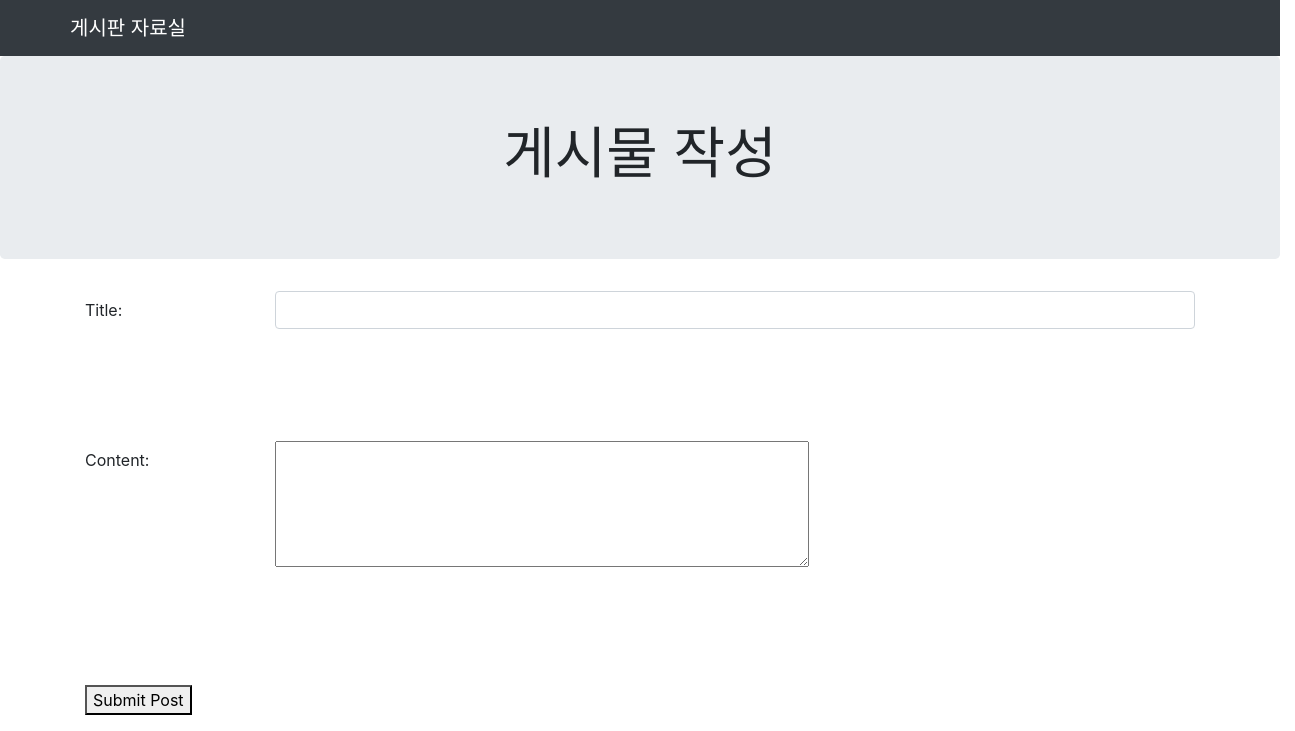
Repository: LeeKukJu/JSP-Study
Page: http://localhost/JSPBook/ch11/totaltest/boardInsert.jsp
The author's editor kept a copy of each file at every save. The page is drawn from the files as they stood at one save, then again after the next save.
The browser window is 1280 px wide. The page is 1280 px wide, then 1295 px, then 1280 px, so the pictures cover 1295 px, including what lies to the right of the window. The pictures show the whole page.
The page is served by Tomcat 9. Nobody is signed in. The application's start-up code is not run.

Above is the page before, as saved 2023-02-04 02:09:47.

After the next save:
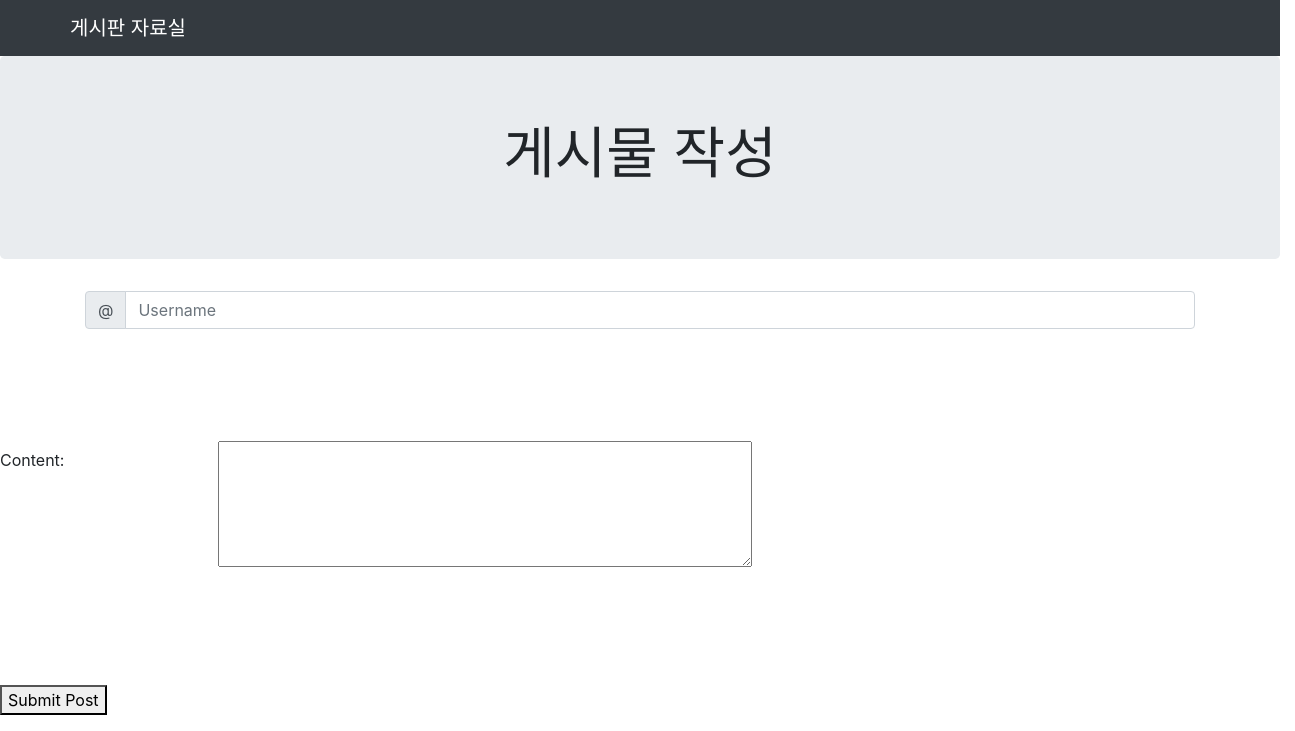
Saved 98 s later.
--- a/JSPBook/WebContent/ch11/totaltest/boardInsert.jsp
+++ b/JSPBook/WebContent/ch11/totaltest/boardInsert.jsp
@@ -29,11 +29,12 @@
       <form action="/action_page_post_form" method="post">
 
         <!-- Title -->
-        <div class="form-group row">
-          <label for="title" class="col-sm-2 col-form-label">Title:</label>
-          <div class="col-sm-10">
-            <input type="text" class="form-control" id="title" placeholder="" name="title" required>
-          </div>
+       <div class="input-group mb-3">
+  <div class="input-group-prepend">
+    <span class="input-group-text" id="basic-addon1">@</span>
+  </div>
+  <input type="text" class="form-control" placeholder="Username" aria-label="Username" aria-describedby="basic-addon1">
+</div>
         </div><br><br><br><br>
 
         <!-- Content -->

After the save that followed:
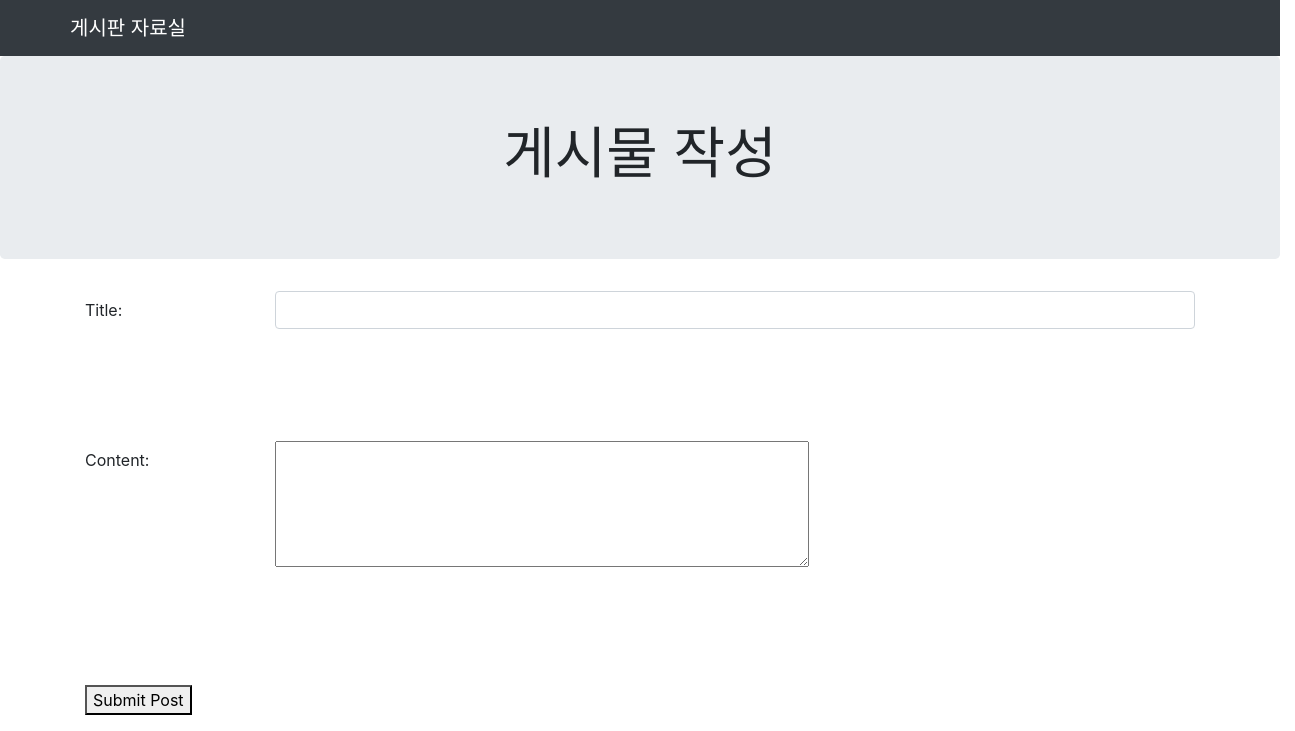
Saved 37 s later.
--- a/JSPBook/WebContent/ch11/totaltest/boardInsert.jsp
+++ b/JSPBook/WebContent/ch11/totaltest/boardInsert.jsp
@@ -29,12 +29,11 @@
       <form action="/action_page_post_form" method="post">
 
         <!-- Title -->
-       <div class="input-group mb-3">
-  <div class="input-group-prepend">
-    <span class="input-group-text" id="basic-addon1">@</span>
-  </div>
-  <input type="text" class="form-control" placeholder="Username" aria-label="Username" aria-describedby="basic-addon1">
-</div>
+        <div class="form-group row">
+          <label for="title" class="col-sm-2 col-form-label">Title:</label>
+          <div class="col-sm-10">
+            <input type="text" class="form-control" id="title" placeholder="" name="title" required>
+          </div>
         </div><br><br><br><br>
 
         <!-- Content -->
